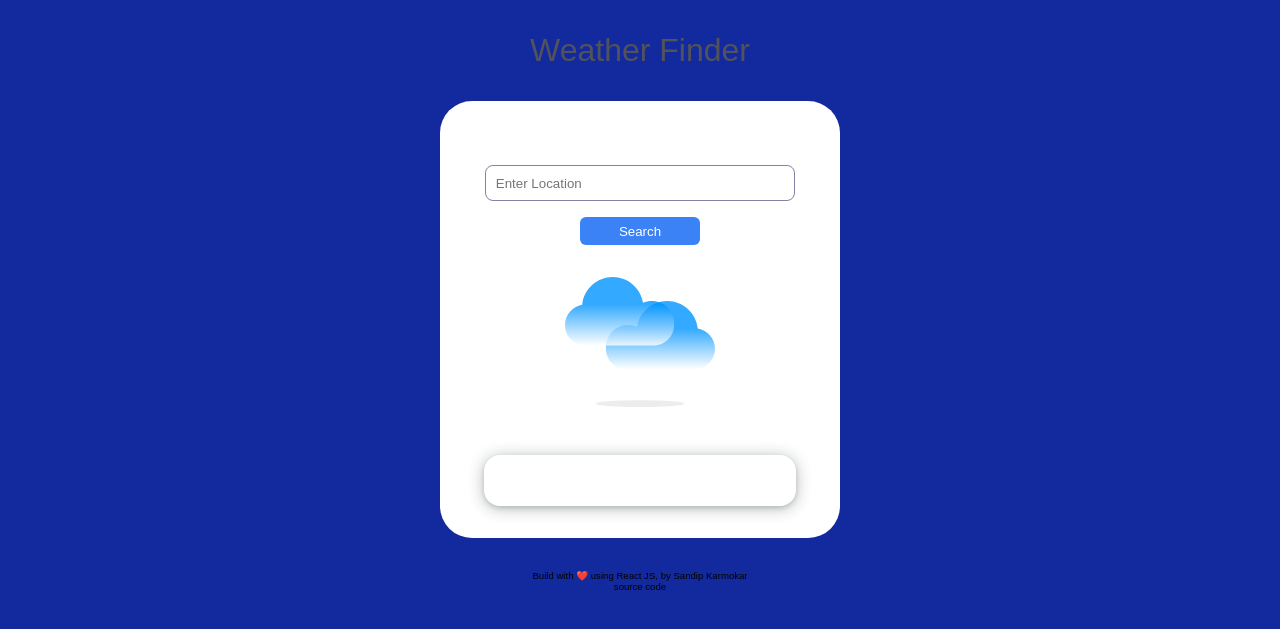
Repository: sandipkarmokar/weather-app
Page: /
These files come from the project's save history. The page is drawn as it stood at one moment and after the next save; the edit follows.
The browser window is 1280 px wide. The pictures show the whole page.
The project was rebuilt for these pictures with package versions that can differ from the ones it lists, and the page was loaded fresh each time.

Above is the page before, as saved 2022-04-12 18:08:19.

### src/App.js
import { useState, useEffect } from 'react';
import './App.css';
import WeatherForm from './components/WeatherForm';
import WeatherInfoShow from './components/WeatherInfoShow';

function App() {
    const [city, setCity] = useState('');
    const [gotData, setGotData] = useState(false);
    const [weatherData, setWeatherData] = useState([]);
    const [isDay, setIsDay] = useState(false);

    console.log(weatherData);
    const url = `https://api.openweathermap.org/data/2.5/weather?q=${city}&appid=390f3fd7515cacb5596ae4765de92a6d`;

    const fetchData = async (e) => {
        e.preventDefault();
        try {
            const response = await fetch(url);
            const data = await response.json();
            setWeatherData(data);
            setGotData(true);
            const isDay = weatherData?.weather[0].icon?.includes('d');
            setIsDay(isDay);
        } catch (error) {
            console.log(error);
            setGotData(false);
        }
    };

    return (
        <div className="app">
            <div className="heading">
                <p>Weather Finder</p>
            </div>
            <div className="app-container">
                <WeatherForm
                    city={city}
                    setCity={setCity}
                    fetchData={fetchData}
                ></WeatherForm>

                <WeatherInfoShow
                    gotData={gotData}
                    weatherData={weatherData}
                    isDay={isDay}
                ></WeatherInfoShow>
            </div>
            <footer>
                <p>Build with ❤️ using React JS, by Sandip Karmokar</p>
                <p>source code</p>
            </footer>
        </div>
    );
}

export default App;

### src/App.css
* {
    margin: 0;
    padding: 0;
    box-sizing: border-box;
    font-family: Arial, Helvetica, sans-serif;
}

.app {
    background-color: #eeeff4;
    height: 100vh;
}

.app .heading p {
    color: #52525b;
    padding-top: 2rem;
    font-size: 2rem;
    text-align: center;
}

.app .app-container {
    width: 90%;
    margin: 2rem auto;
    background: #ffffff;
    border-radius: 2rem;
    padding: 1rem 0;
}

.app .app-container .weather-form {
    width: 86%;
    margin: 0 auto;
    display: flex;
    flex-direction: column;
}

.app .app-container .weather-form input {
    padding: 0.6rem;
    margin: 1rem auto;
    border: 0.5px solid #8383a5;
    border-radius: 8px;
    width: 90%;
    margin-top: 3rem;
}
.app .app-container .weather-form button {
    width: 35%;
    margin: 0 auto;
    padding: 0.4rem;
    background-color: #3b82f6;
    color: #ffffff;
    border: none;
    border-radius: 6px;
    cursor: pointer;
}
.app .app-container .weather-form img {
    width: 150px;

    margin: 2rem auto;
}

.app .app-container .weather-info-show {
    background-color: #ffffff;
    width: 78%;
    box-shadow: rgba(14, 30, 37, 0.12) 0px 2px 4px 0px,
        rgba(14, 30, 37, 0.32) 0px 2px 16px 0px;
    margin: 1rem auto;
    border-radius: 1rem;
    padding: 1.6rem;
}
.app .app-container .weather-info-show .main-info {
    display: flex;
    justify-content: space-between;
}

.app .app-container .weather-info-show .main-info img {
    width: 50px;
    height: 50px;
}
.app .app-container .weather-info-show .main-info .info .location {
    font-size: 1.4rem;
    color: #52525b;
}
.app .app-container .weather-info-show .main-info .info .data {
    font-size: 0.9rem;
    color: #71717a;
}
.app .app-container .weather-info-show .main-info .info .data .large {
    font-size: 1.4rem;
    color: #52525b;
}

.app .app-container .weather-info-show hr {
    width: 50%;
    margin: 1.6rem auto;
}

.app .app-container .weather-info-show .other-info {
    display: flex;
    flex-direction: column;
}
.app .app-container .weather-info-show .other-info p {
    color: #3f3f46;
}

.app .app-container .weather-info-show .other-info .other-info-data {
    display: grid;

    grid-template-columns: 1fr 1fr;
    grid-template-rows: 1fr 1fr;
    gap: 1rem;
    margin-top: 1rem;
}

.app .app-container .weather-info-show .other-info .other-info-data .item {
    display: flex;
}

.app .app-container .weather-info-show .other-info .other-info-data .item img {
    height: 32px;
    width: 32px;
    margin: 0 0.6rem;
}

.app
    .app-container
    .weather-info-show
    .other-info
    .other-info-data
    .item
    .sub-info {
    display: flex;
    flex-direction: column;
}

.app
    .app-container
    .weather-info-show
    .other-info
    .other-info-data
    .item
    .sub-info
    .data {
    color: #3f3f46;
}
.app
    .app-container
    .weather-info-show
    .other-info
    .other-info-data
    .item
    .sub-info
    .sub-info-title {
    color: #3f3f46;
    font-size: 0.8rem;
}

.app footer p {
    text-align: center;
    font-size: 0.6rem;
}

@media only screen and (min-width: 500px) {
    .app {
        background-color: #132a9e;
    }

    .app .app-container {
        width: 400px;
        margin: 2rem auto;
        background: #ffffff;
        border-radius: 2rem;
        padding: 1rem 0;
    }
}

### src/components/WeatherForm.js
import React from 'react';
import mainImage from '../icons/perfect-day.svg';

const WeatherForm = ({ city, setCity, fetchData }) => {
    return (
        <div className="weather-form">
            <input
                type="text"
                placeholder="Enter Location"
                value={city}
                onChange={(e) => setCity(e.target.value)}
            />
            <button onClick={fetchData}>Search</button>
            <img src={mainImage} alt="" />
        </div>
    );
};

export default WeatherForm;

### src/components/WeatherInfoShow.js
import React from 'react';
import imagex from '../icons/cloudy.svg';

import sunset from '../icons/temp.svg';
import sunrise from '../icons/temp.svg';
import humidity from '../icons/humidity.svg';
import wind from '../icons/wind.svg';
import pressure from '../icons/pressure.svg';

const WeatherInfoShow = ({ weatherData, gotData, isDay }) => {
    console.log(weatherData);
    const getTime = (timeStamp) => {
        return `${new Date(timeStamp * 1000).getHours()}:${new Date(
            timeStamp * 1000
        ).getMinutes()}`;
    };
    return (
        <div className="weather-info-show">
            {gotData ? (
                <>
                    <div className="main-info">
                        <div className="info">
                            <div className="location">
                                {weatherData?.name} {weatherData?.sys.country}
                            </div>
                            <div className="data">
                                <span className="large">{`${Math.floor(
                                    weatherData?.main?.temp - 273
                                )}°C`}</span>{' '}
                                | {weatherData?.weather[0].description}
                            </div>
                        </div>
                        <img src={imagex} alt="" />
                    </div>
                    <hr className="line" />
                    <div className="other-info">
                        <p>Other Info</p>
                        <div className="other-info-data">
                            <div className="item">
                                <img src={isDay ? sunset : sunrise} alt="" />
                                <div className="sub-info">
                                    <p className="data">{`${getTime(
                                        weatherData?.sys[
                                            isDay ? 'sunset' : 'sunrise'
                                        ]
                                    )}`}</p>
                                    <p className="sub-info-title">
                                        {isDay ? 'sunset' : 'sunrise'}
                                    </p>
                                </div>
                            </div>
                            <div className="item">
                                <img src={humidity} alt="" />
                                <div className="sub-info">
                                    <p className="data">
                                        {weatherData?.main.humidity}
                                    </p>
                                    <p className="sub-info-title">humidity</p>
                                </div>
                            </div>
                            <div className="item">
                                <img src={wind} alt="" />
                                <div className="sub-info">
                                    <p className="data">
                                        {weatherData?.wind?.speed}
                                    </p>
                                    <p className="sub-info-title">wind</p>
                                </div>
                            </div>
                            <div className="item">
                                <img src={pressure} alt="" />
                                <div className="sub-info">
                                    <p className="data">
                                        {weatherData?.main.pressure}
                                    </p>
                                    <p className="sub-info-title">pressure</p>
                                </div>
                            </div>
                        </div>
                    </div>
                </>
            ) : (
                ''
            )}
        </div>
    );
};

export default WeatherInfoShow;

Loaded but not shown: public/index.html (common file); src/index.js (common file); src/index.css (common file); src/reportWebVitals.js (common file)

After the next save:
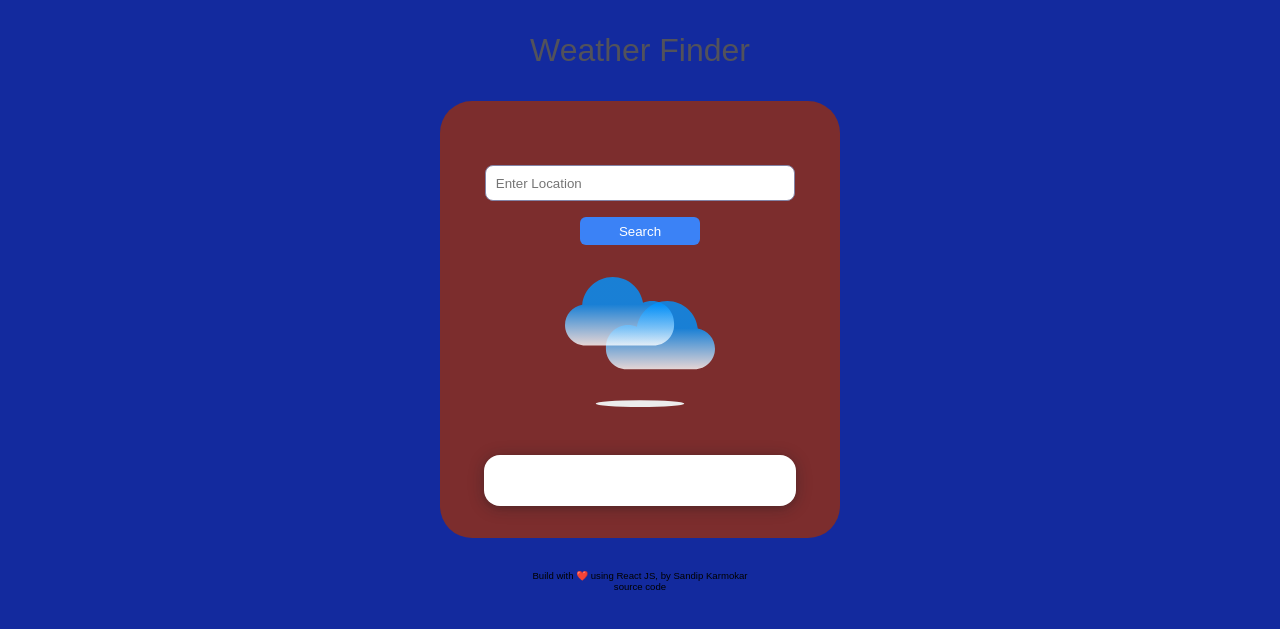
Saved 4 s later.
--- a/src/App.css
+++ b/src/App.css
@@ -165,7 +165,7 @@
     .app .app-container {
         width: 400px;
         margin: 2rem auto;
-        background: #ffffff;
+        background: #7c2d2d;
         border-radius: 2rem;
         padding: 1rem 0;
     }
